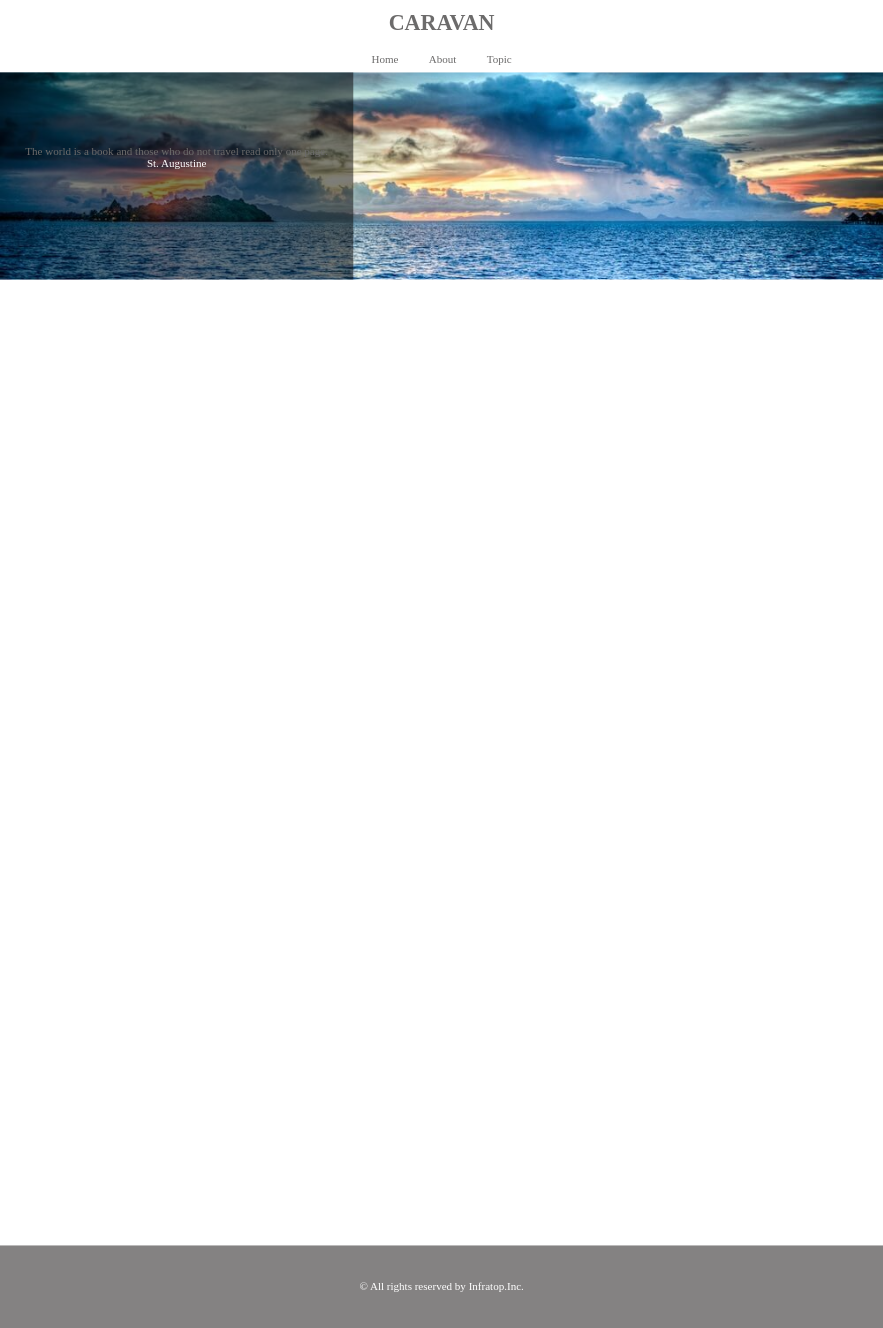
Repository: kowatann/sample_app
Page: caravan/index.html
The author's editor kept a record of every edit. The page is drawn from the files as they stood at one moment, then again after the next edit.
The browser window is 1280 px wide. The pictures show the whole page, at 69% of full size.

Above is the page before.

### caravan/index.html
<!DOCTYPE html>
<html lang="ja">
  <head>
    <meta charset="UTF-8" />
    <link rel="stylesheet" href="style.css" />
    <title>CARAVAN</title>
  </head>

  <body>
    <header>
      <h1 class="heading">
        <a href="index.html">
          CARAVAN
        </a>
      </h1>
    </header>

    <nav>
      <ul class="nav-list">
        <li class="nav-list-item">
          <a href="index.html">Home</a>
        </li>
        <li class="nav-list-item">About</li>
        <li class="nav-list-item">Topic</li>
      </ul>
    </nav>

    <div class="main-visual">
      <div class="main-visual-content">
        <p class="main-visual-text">
          The world is a book and those who do not travel read only one page.
        </p>
        <p class="main-visual-name">
          St. Augustine
        </p>      </div>
    </div>

    <div class="main">
      <div class="blog"></div>
      <div class="sidebar"></div>
    </div>

    <footer>
      <p class="footer-text">© All rights reserved by Infratop.Inc.</p>
    </footer>
  </body>
</html>

### caravan/style.css
* {
  margin: 0;
  padding: 0;
  box-sizing: border-box;
  color: #6c6b6b;
}

a {
  text-decoration: none;
}

header {
  width: 90%;
  padding: 15px 0;
  margin: 0 auto;
  text-align: center;
}

header .heading {

  font-size: 32px;
}

.nav-list {
  text-align: center;
  padding: 10px 0;
  margin: 0 auto;
}

.nav-list-item {
  list-style: none;
  display: inline-block;
  margin: 0 20px;
}

.main-visual {
  width: 100%;
  height: 300px;
  background-image: url(img/mv.jpg);
  background-size: cover;
  background-position: center;
}

.main-visual-content {
  width: 40%;
  height: 300px;
  background-color: rgba( 0, 0, 0, 0.5);
  text-align: center;
  padding-top: 105px;
}

.main-visual-text {
  color: fff;
}

.main-visual-name {
  matgin-top: 30px;
  color: #fff;
}


.main {
  width: 840px;
  display: flex;
  justify-content: center;
  margin: 0 auto;
}

.blog {
  width: 600px;
  height: 1400px;
}

.sidebar {
  width: 240px;
  height: 1400px;
}

footer {
  width: 100%;
  height: 120px;
  text-align: center;
  line-height: 120px;
  background-color: #848282;
}

.footer-text {
  color: #fff;
}

After the next edit:
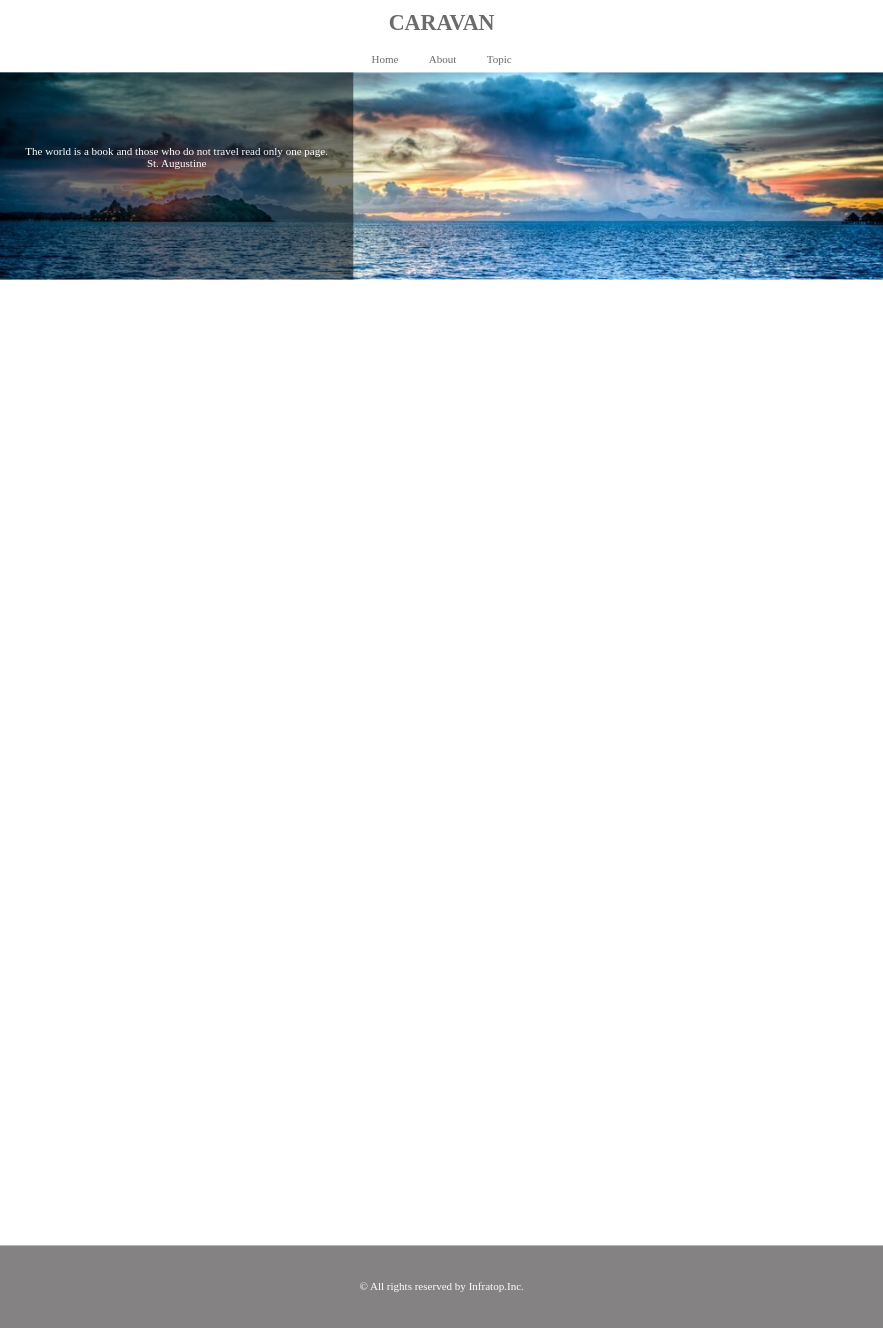
The edit:
--- a/caravan/style.css
+++ b/caravan/style.css
@@ -50,7 +50,7 @@
 }
 
 .main-visual-text {
-  color: fff;
+  color: #fff;
 }
 
 .main-visual-name {
